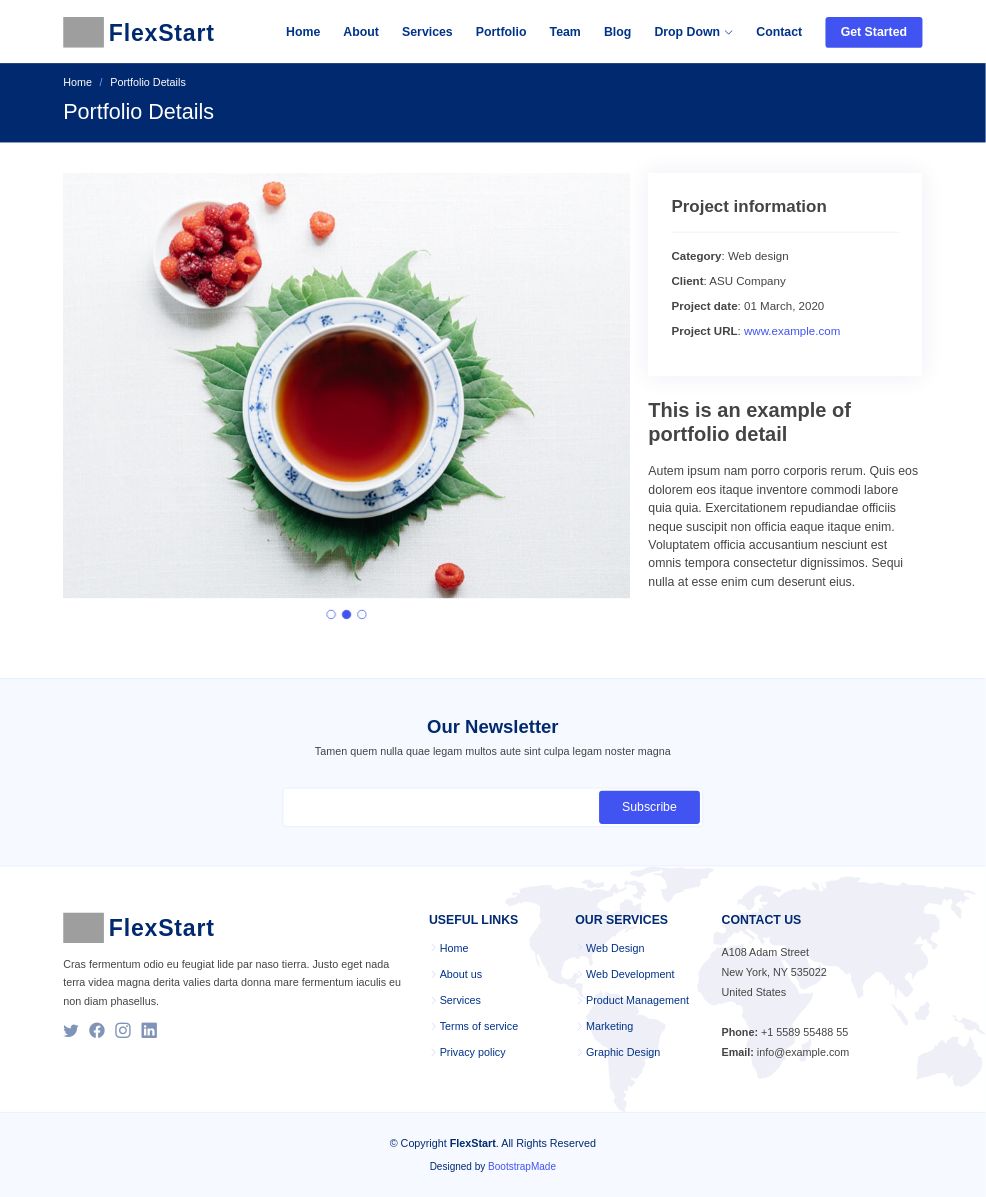
Repository: AQ-AI/AQ-AI.github.io
Page: portfolio-details.html
An editor plug-in stored every save of this project. The page is shown before and after a run of saves, followed by the edit.
The browser window is 1280 px wide. The pictures show the whole page, at 77% of full size.
Pictures or frames that could not be fetched are drawn as grey boxes.

Above is the page before, as saved 2023-05-10 22:54:35.

After the next 6 saves:
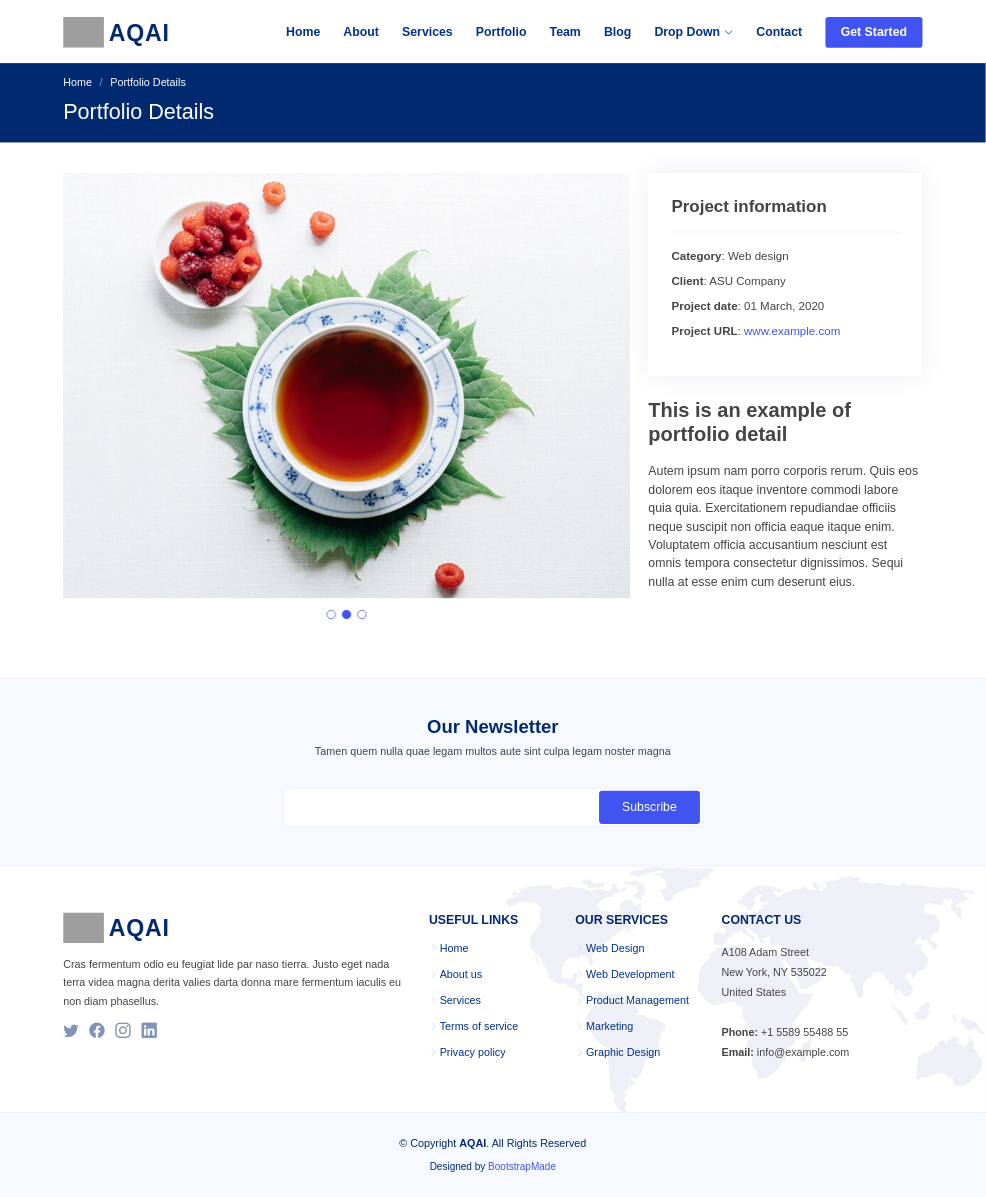
The 6 saves are shown as one change because they came seconds apart.
The last was saved 6 s later.
--- a/portfolio-details.html
+++ b/portfolio-details.html
@@ -30,9 +30,9 @@
   <link href="assets/css/style.css" rel="stylesheet">
 
   <!-- =======================================================
-  * Template Name: FlexStart
+  * Template Name: AQAI
   * Updated: Mar 10 2023 with Bootstrap v5.2.3
-  * Template URL: https://bootstrapmade.com/flexstart-bootstrap-startup-template/
+  * Template URL: https://bootstrapmade.com/AQAI-bootstrap-startup-template/
   * Author: BootstrapMade.com
   * License: https://bootstrapmade.com/license/
   ======================================================== -->
@@ -46,7 +46,7 @@
 
       <a href="index.html" class="logo d-flex align-items-center">
         <img src="assets/img/logo.png" alt="">
-        <span>FlexStart</span>
+        <span>AQAI</span>
       </a>
 
       <nav id="navbar" class="navbar">
@@ -178,7 +178,7 @@
           <div class="col-lg-5 col-md-12 footer-info">
             <a href="index.html" class="logo d-flex align-items-center">
               <img src="assets/img/logo.png" alt="">
-              <span>FlexStart</span>
+              <span>AQAI</span>
             </a>
             <p>Cras fermentum odio eu feugiat lide par naso tierra. Justo eget nada terra videa magna derita valies
               darta donna mare fermentum iaculis eu non diam phasellus.</p>
@@ -230,13 +230,13 @@
 
     <div class="container">
       <div class="copyright">
-        &copy; Copyright <strong><span>FlexStart</span></strong>. All Rights Reserved
+        &copy; Copyright <strong><span>AQAI</span></strong>. All Rights Reserved
       </div>
       <div class="credits">
         <!-- All the links in the footer should remain intact. -->
         <!-- You can delete the links only if you purchased the pro version. -->
         <!-- Licensing information: https://bootstrapmade.com/license/ -->
-        <!-- Purchase the pro version with working PHP/AJAX contact form: https://bootstrapmade.com/flexstart-bootstrap-startup-template/ -->
+        <!-- Purchase the pro version with working PHP/AJAX contact form: https://bootstrapmade.com/AQAI-bootstrap-startup-template/ -->
         Designed by <a href="https://bootstrapmade.com/">BootstrapMade</a>
       </div>
     </div>
